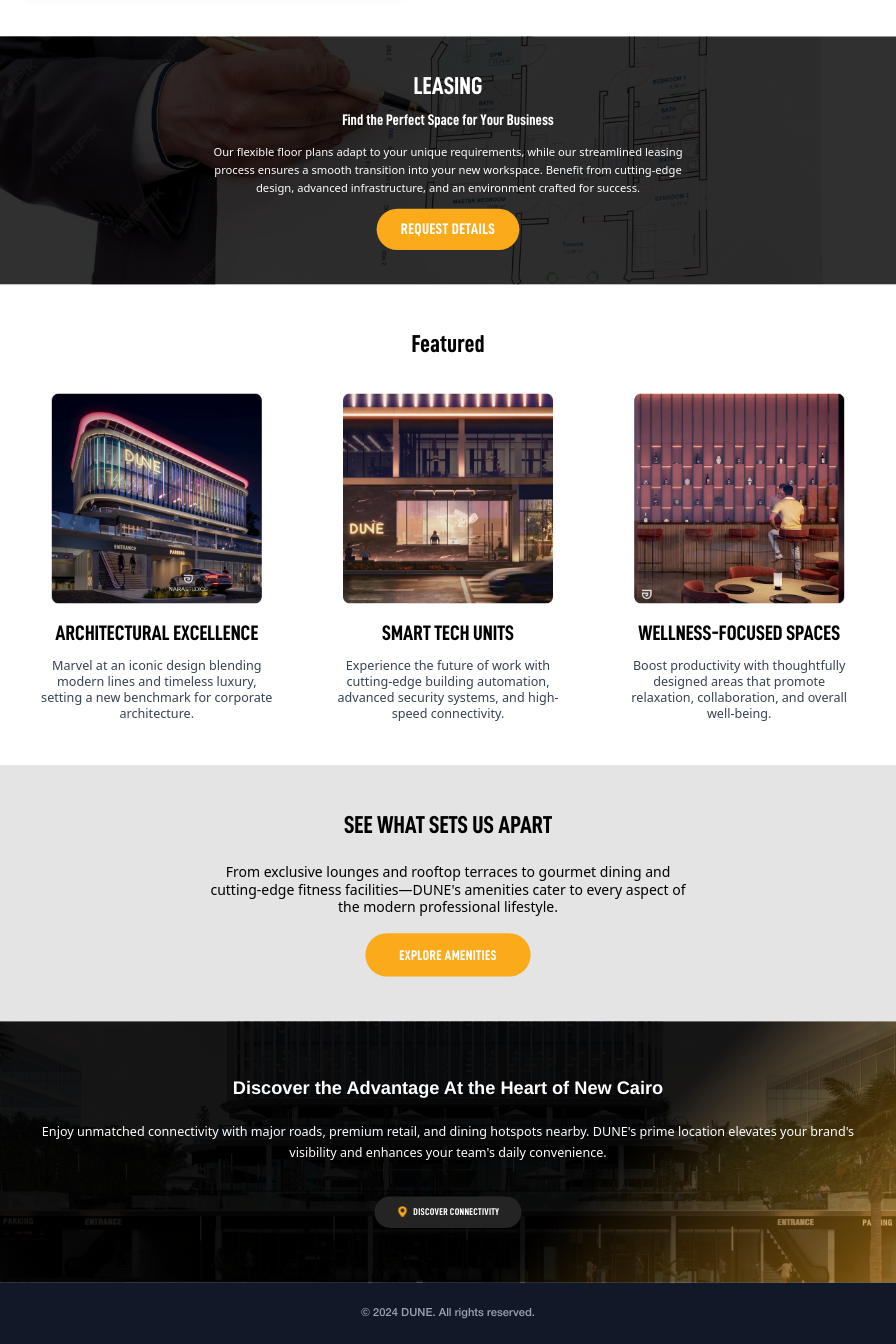
Repository: ahmedassr5765/dune
Page: index.html
These files come from the project's save history. The page is drawn as it stood at one moment and after the next save; the edit follows.
The browser window is 1280 px wide. The pictures show the part of the page from y = 2053 to 3973 px (the page is 3973 px tall), at 70% of full size.
Some web libraries are served in a nearby version.

Above is the page before, as saved 2025-07-12 19:24:09.

### index.html
<!DOCTYPE html>
<html lang="en" dir="ltr">
<head>
    <meta charset="UTF-8">
    <meta name="viewport" content="width=device-width, initial-scale=1.0">
    <title>DUNE</title>

    <!-- Google Fonts -->
    <link rel="preconnect" href="https://fonts.googleapis.com">
    <link rel="preconnect" href="https://fonts.gstatic.com" crossorigin>
    <link href="https://fonts.googleapis.com/css2?family=DM+Serif+Display:ital@0;1&display=swap" rel="stylesheet">

    <!-- Local Fonts -->
    <style>
        @font-face {
            font-family: 'D-DIN Condensed';
            src: url('./Fonts/D-DINCondensed-Bold.otf') format('opentype');
            font-weight: 700;
            font-style: normal;
        }

        @font-face {
            font-family: 'Helvetica Neue';
            src: url('./Fonts/HelveticaNeueMedium.otf') format('opentype');
            font-weight: 400;
            font-style: normal;
        }
    </style>

    <!-- TailwindCSS -->
    <script src="https://cdn.tailwindcss.com"></script>

    <!-- TailwindCSS Configuration -->
    <script>
        tailwind.config = {
            theme: {
                extend: {
                    fontFamily: {
                        'ddin': ['D-DIN Condensed', 'sans-serif'],
                        'helvetica': ['Helvetica Neue', 'sans-serif'],
                        'dm-serif': ['DM Serif Display', 'serif'],
                    }
                }
            }
        }
    </script>

    <!-- Custom Styles -->
    <style>
        /* RTL Support */
        [dir="rtl"] {
            text-align: right;
        }

        [dir="rtl"] .header-container {
            flex-direction: row-reverse;
        }

        [dir="rtl"] .logo {
            order: 3;
            margin-left: 0;
            margin-right: 0;
        }

        [dir="rtl"] .nav-items {
            order: 2;
            flex-direction: row;
            margin-left: 0;
            margin-right: 0;
            flex: 1;
            justify-content: center;
        }

        [dir="rtl"] .lang-toggle {
            order: 1;
            margin-left: 0;
            margin-right: 0;
        }

        [dir="rtl"] .nav-items a {
            margin-left: 0;
            margin-right: 0;
        }

        /* Language Toggle Button */
        .lang-toggle {
            transition: all 0.3s ease;
        }

        .lang-toggle:hover {
            transform: scale(1.05);
        }

        /* Navigation Active State */
        .nav-active {
            color: #f59e0b;
        }

        /* RTL Animation */
        .rtl-transition {
            transition: all 0.5s ease;
        }

        /* Black Top Bar */
        .top-bar {
            background-color: #000000;
            height: 63px;
        }
    </style>
</head>
<body class="font-helvetica bg-gray-50 rtl-transition">
    <!-- Black Top Bar -->
    <div class="top-bar"></div>

    <!-- Header -->
    <header class="max-w-[1440px] mx-auto bg-white shadow-sm">
        <div class="max-w-8xl mx-auto px-4 border-[#E5E5E5] border-2 sm:px-6 lg:px-8">
            <div class="flex justify-between items-center py-6 header-container">
                <div class="flex items-center logo">
                    <a href="#" class="flex items-center">
                        <img src="/images/logo.svg" alt="DUNE" class="h-8 w-auto">
                    </a>
                </div>
                <nav class="hidden md:flex space-x-20 nav-items">
                    <a href="#" class="text-black hover:text-[#FBAA19] px-3 py-2 text-[24px] font-ddin transition-colors duration-200 nav-link" data-en="HOME" data-ar="الرئيسية">HOME</a>
                    <a href="#" class="text-black hover:text-[#FBAA19] px-3 py-2 text-[24px] font-ddin transition-colors duration-200 nav-link" data-en="ABOUT US" data-ar="معلومات عنا">ABOUT US</a>
                    <a href="#" class="text-black hover:text-[#FBAA19] px-3 py-2 text-[24px] font-ddin transition-colors duration-200 nav-link" data-en="LEASING" data-ar="الإيجار">LEASING</a>
                    <a href="#" class="text-black hover:text-[#FBAA19] px-3 py-2 text-[24px] font-ddin transition-colors duration-200 nav-link" data-en="AMENITIES" data-ar="الخدمات">AMENITIES</a>
                    <a href="#" class="text-black hover:text-[#FBAA19] px-3 py-2 text-[24px] font-ddin transition-colors duration-200 nav-link" data-en="CONTACT US" data-ar="اتصل بنا">CONTACT US</a>
                </nav>
                <div class="flex items-center lang-toggle">
                    <button id="languageToggle" class="bg-black text-white px-4 py-2 text-[28px] font-normal font-dm-serif hover:bg-gray-800 transition-colors duration-200 focus:outline-none focus:ring-2 focus:ring-gray-500 focus:ring-offset-2 rounded-[5px]">
                        En
                    </button>
                </div>
            </div>
        </div>
    </header>

    <!-- Hero Section -->
    <section class="max-w-[1440px] mx-auto relative h-[1024px] bg-cover bg-center bg-no-repeat" style="background-image: url('/images/hero.png');">

        <!-- Text Content Container with Overlay -->
        <div class="absolute bottom-0 left-0 right-0 z-10 h-[350px]">
            <!-- Text Background Overlay -->
            <div class="absolute inset-0" style="background-color: #000000A8;"></div>

            <!-- Text Content -->
            <div class="relative z-20 max-w-7xl mx-auto px-4 sm:px-6 lg:px-8 pb-[90px] pt-[55px] h-full flex flex-col justify-end">
                <div class="">
                    <!-- Main Heading -->
                    <h1 class="text-white font-bold font-ddin mb-4 leading-tight hero-title drop-shadow-lg"
                        style="font-size: 26px; max-width: 741px;"
                        data-en="A premier luxury destination for global brands in the heart of New Cairo."
                        data-ar="وجهة فاخرة ومتميزة للعلامات التجارية العالمية في قلب القاهرة الجديدة.">
                        A premier luxury destination for global brands in the heart of New Cairo.
                    </h1>

                    <!-- Subtitle -->
                    <p class="text-white mb-8 leading-relaxed hero-subtitle font-[300px] font-sans text-[22px] w-[1100px]"
                       data-en="Discover a new era of workspace excellence—where innovation, convenience, and exclusivity converge. Step into DUNE to experience a visionary environment designed for today's most ambitious enterprises."
                       data-ar="اكتشف عصرًا جديدًا من التميز في مساحات العمل، حيث تلتقي الابتكارات والراحة والحصرية. تفضل بزيارة DUNE لتجربة بيئة عمل واعدة مصممة خصيصًا للشركات الأكثر طموحًا في عصرنا.">
                        Discover a new era of workspace excellence—where innovation, convenience, and exclusivity converge. Step into DUNE to experience a visionary environment designed for today's most ambitious enterprises.
                    </p>

                    <!-- CTA Button -->
                    <button class="bg-[#FBAA19] hover:bg-[#e09915] text-white py-[17px] px-[43px] rounded-full text-[20px] transition-colors duration-300 uppercase tracking-wide hero-cta font-ddin"
                            data-en="SCHEDULE A TOUR"
                            data-ar="جدولة جولة">
                        SCHEDULE A TOUR
                    </button>
                </div>
            </div>
        </div>

        <!-- Bottom Logo/Branding -->
        <div class="absolute bottom-8 right-8 z-30">
            <div class="text-white text-xs opacity-60 drop-shadow-md">
                <span class="hero-brand font-ddin" data-en="NARA STUDIOS" data-ar="استوديوهات نارا">NARA STUDIOS</span>
            </div>
        </div>

    </section>

    <!-- Welcome to DUNE Section -->
    <section class="max-w-[1440px] mx-auto bg-white py-16">
        <div class="max-w-7xl mx-auto px-4 sm:px-6 lg:px-8">

            <!-- Welcome to DUNE Block -->
            <div class="grid md:grid-cols-2 gap-12 items-center mb-20">
                <!-- Text Content -->
                <div class="space-y-6">
                    <h2 class="text-black font-bold font-ddin text-[35px] leading-tight welcome-title"
                        data-en="WELCOME TO DUNE"
                        data-ar="مرحباً بكم في DUNE">
                        WELCOME TO DUNE
                    </h2>

                    <p class="text-black text-[18px] max-w-[470px] font-normal leading-relaxed font-helvetica welcome-desc"
                       data-en="DUNE redefines modern business environments. Strategically located in New Cairo's thriving hub, we provide state-of-the-art office and retail spaces to empower multinational companies and elevate the standard of luxury and innovation."
                       data-ar="يُعيد &quot;DUNE&quot; تعريف بيئات الأعمال العصرية. بموقعه الاستراتيجي في قلب القاهرة الجديدة النابض بالحياة، نوفر مساحات مكتبية وتجارية متطورة تُمكّن الشركات متعددة الجنسيات من تحقيق نموّ متسارع، وترتقي بمستوى الفخامة والابتكار.">
                        DUNE redefines modern business environments. Strategically located in New Cairo's thriving hub, we provide state-of-the-art office and retail spaces to empower multinational companies and elevate the standard of luxury and innovation.
                    </p>

                    <button class="bg-black hover:bg-gray-800 text-white py-[12px] px-[56px] rounded-full text-[22px] font-bold transition-colors duration-300 uppercase tracking-wide welcome-cta font-ddin"
                            data-en="LEARN MORE"
                            data-ar="اعرف المزيد">
                        LEARN MORE
                    </button>
                </div>

                <!-- Image -->
                <div class="relative">
                    <img src="/images/welcome.png" alt="DUNE Building" class="w-[600px] h-[350px] object-cover rounded-lg shadow-lg">
                </div>
            </div>

            <!-- Prime Office Space Block -->
            <div class="grid md:grid-cols-2 gap-[128px] items-center">
                <!-- Image -->
                <div class="relative order-2 md:order-1">
                    <img src="/images/office.png" alt="Office Interior" class="w-[600px] h-[350px] object-cover rounded-lg shadow-lg">
                </div>

                <!-- Text Content -->
                <div class="space-y-6 order-1 md:order-2">
                    <h2 class="text-black font-bold font-ddin text-[35px] leading-tight office-title"
                        data-en="PRIME OFFICE SPACE FOR LEASE"
                        data-ar="مساحات مكتبية متميزة للإيجار">
                        PRIME OFFICE SPACE FOR LEASE
                    </h2>

                    <p class="text-black text-[18px] max-w-[498px] font-normal leading-relaxed font-helvetica office-desc"
                       data-en="Explore flexible solutions, top-tier amenities, and a vibrant community that fosters growth. Join us and experience the prestige of having your brand shine &quot;In a New Light.&quot;"
                       data-ar="استكشف حلولاً مرنة، ومرافق فاخرة، ومجتمعًا نابضًا بالحياة يُعزز النمو
                       . انضم إلينا واختبر روعة علامتك التجارية التي تتألق &quot;في ضوء جديد&quot;.">
                       Explore flexible solutions, top-tier amenities, and a vibrant community
                       that fosters growth. Join us and experience the prestige
                       of having your brand shine “In a New Light.”
                    </p>

                    <button class="bg-black hover:bg-gray-800 text-white py-[12px] px-[56px] rounded-full text-[22px] font-bold transition-colors duration-300 uppercase tracking-wide office-cta font-ddin"
                            data-en="LEARN MORE"
                            data-ar="اعرف المزيد">
                        LEARN MORE
                    </button>
                </div>
            </div>

        </div>
    </section>

    <!-- Leasing Section -->
    <section class="max-w-[1440px] mx-auto relative h-[354px] bg-cover bg-center bg-no-repeat" style="background-image: url('/images/leasing.png');">

        <!-- Dark Overlay -->
        <div class="absolute inset-0" style="background-color: #000000CF;"></div>

        <!-- Content -->
        <div class="relative z-10 h-full flex flex-col justify-center items-center text-center px-4 sm:px-6 lg:px-8">
            <div class="max-w-4xl mx-auto">
                <!-- Main Heading -->
                <h2 class="text-white font-bold font-ddin text-[35px] mb-[14px] leading-tight leasing-title"
                    data-en="LEASING"
                    data-ar="التأجير">
                    LEASING
                </h2>

                <!-- Subheading -->
                <h3 class="text-white font-bold font-ddin text-[22px] mb-[17px] leading-tight leasing-subtitle"
                    data-en="Find the Perfect Space for Your Business"
                    data-ar="اعثر على المساحة المثالية لعملك">
                    Find the Perfect Space for Your Business
                </h3>

                <!-- Description -->
                <p class="text-white text-[16px] leading-relaxed font-normal font-sans mb-[17px] max-w-[689px] mx-auto leasing-desc"
                   data-en="Our flexible floor plans adapt to your unique requirements, while our streamlined leasing process ensures a smooth transition into your new workspace. Benefit from cutting-edge design, advanced infrastructure, and an environment crafted for success."
                   data-ar="تتكيف مخططات الأرضيات المرنة لدينا مع متطلباتك الفريدة، بينما تضمن عملية التأجير المبسطة لدينا انتقالاً سلساً إلى مساحة العمل الجديدة. استفد من التصميم المتطور والبنية التحتية المتقدمة والبيئة المصممة للنجاح.">
                    Our flexible floor plans adapt to your unique requirements, while our streamlined leasing process ensures a smooth transition into your new workspace. Benefit from cutting-edge design, advanced infrastructure, and an environment crafted for success.
                </p>

                <!-- CTA Button -->
                <button class="bg-[#FBAA19] hover:bg-[#e09915] text-white py-[13px] px-[34px] rounded-full text-[22px] font-bold transition-colors duration-300 uppercase tracking-wide leasing-cta font-ddin"
                        data-en="REQUEST DETAILS"
                        data-ar="طلب التفاصيل">
                    REQUEST DETAILS
                </button>
            </div>
        </div>

    </section>

    <!-- Featured Section -->
    <section class="max-w-[1440px] mx-auto bg-white py-16">
        <div class="max-w-7xl mx-auto px-4 sm:px-6 lg:px-8">

            <!-- Main Heading -->
            <div class="text-center mb-12">
                <h2 class="text-black font-bold font-ddin text-[35px] leading-tight featured-main-title"
                    data-en="Featured"
                    data-ar="مميز">
                    Featured
                </h2>
            </div>

            <!-- Featured Grid -->
            <div class="grid md:grid-cols-3 gap-8">

                <!-- Featured Item 1 -->
                <div class="text-center">
                    <div class="relative overflow-hidden rounded-lg mb-6">
                        <img src="/images/featured.png" alt="Architectural Excellence" class="w-[300px] h-[300px] object-cover mx-auto">
                    </div>
                    <h3 class="text-black font-bold font-ddin text-[30px] mb-4 leading-tight featured-title-1"
                        data-en="ARCHITECTURAL EXCELLENCE"
                        data-ar="التميز المعماري">
                        ARCHITECTURAL EXCELLENCE
                    </h3>
                    <p class="text-gray-700 text-[18px] leading-tight font-sans max-w-[338px] mx-auto featured-desc-1"
                       data-en="Marvel at an iconic design blending modern lines and timeless luxury, setting a new benchmark for corporate architecture."
                       data-ar="استمتع بتصميم أيقوني يمزج بين الخطوط الحديثة والفخامة الخالدة، مما يضع معياراً جديداً للعمارة المؤسسية.">
                        Marvel at an iconic design blending modern lines and timeless luxury, setting a new benchmark for corporate architecture.
                    </p>
                </div>

                <!-- Featured Item 2 -->
                <div class="text-center">
                    <div class="relative overflow-hidden rounded-lg mb-6">
                        <img src="/images/featured-2.png" alt="Smart Tech Units" class="w-[300px] h-[300px] object-cover mx-auto">
                    </div>
                    <h3 class="text-black font-bold font-ddin text-[30px] mb-4 leading-tight featured-title-2"
                        data-en="SMART TECH UNITS"
                        data-ar="وحدات التكنولوجيا الذكية">
                        SMART TECH UNITS
                    </h3>
                    <p class="text-gray-700 text-[18px] leading-tight font-sans max-w-[338px] mx-auto featured-desc-2"
                       data-en="Experience the future of work with cutting-edge building automation, advanced security systems, and high-speed connectivity."
                       data-ar="اختبر مستقبل العمل مع أتمتة المباني المتطورة وأنظمة الأمان المتقدمة والاتصال عالي السرعة.">
                        Experience the future of work with cutting-edge building automation, advanced security systems, and high-speed connectivity.
                    </p>
                </div>

                <!-- Featured Item 3 -->
                <div class="text-center">
                    <div class="relative overflow-hidden rounded-lg mb-6">
                        <img src="/images/featured-3.png" alt="Wellness-Focused Spaces" class="w-[300px] h-[300px] object-cover mx-auto">
                    </div>
                    <h3 class="text-black font-bold font-ddin text-[30px] mb-4 leading-tight featured-title-3"
                        data-en="WELLNESS-FOCUSED SPACES"
                        data-ar="المساحات المركزة على العافية">
                        WELLNESS-FOCUSED SPACES
                    </h3>
                    <p class="text-gray-700 text-[18px] leading-tight font-sans max-w-[338px] mx-auto featured-desc-3"
                       data-en="Boost productivity with thoughtfully designed areas that promote relaxation, collaboration, and overall well-being."
                       data-ar="عزز الإنتاجية مع المناطق المصممة بعناية التي تعزز الاسترخاء والتعاون والرفاهية العامة.">
                        Boost productivity with thoughtfully designed areas that promote relaxation, collaboration, and overall well-being.
                    </p>
                </div>

            </div>

        </div>
    </section>

    <!-- See What Sets Us Apart Section -->
    <section class="max-w-[1440px] mx-auto bg-[#E4E4E4] py-16">
        <div class="max-w-7xl mx-auto px-4 sm:px-6 lg:px-8">

            <!-- Content Container -->
            <div class="text-center">

                <!-- Main Heading -->
                <h2 class="text-black font-bold font-ddin text-[35px] mb-8 leading-tight apart-main-title"
                    data-en="SEE WHAT SETS US APART"
                    data-ar="اكتشف ما يميزنا">
                    SEE WHAT SETS US APART
                </h2>

                <!-- Description -->
                <p class="text-black text-[20px] leading-tight font-sans max-w-[700px] mx-auto mb-[25px] apart-description"
                   data-en="From exclusive lounges and rooftop terraces to gourmet dining and cutting-edge fitness facilities—DUNE's amenities cater to every aspect of the modern professional lifestyle."
                   data-ar="من الصالات الحصرية والمدرجات على الأسطح إلى تناول الطعام الفاخر ومرافق اللياقة البدنية المتطورة - تلبي وسائل الراحة في ديون كل جانب من جوانب نمط الحياة المهنية الحديثة.">
                    From exclusive lounges and rooftop terraces to gourmet dining and cutting-edge fitness facilities—DUNE's amenities cater to every aspect of the modern professional lifestyle.
                </p>

                <!-- CTA Button -->
                <button class="bg-[#FBAA19] hover:bg-[#e09915] text-white py-[16px] px-[48px] rounded-full text-[20px] font-bold transition-colors duration-300 uppercase tracking-wide apart-cta font-ddin"
                        data-en="EXPLORE AMENITIES"
                        data-ar="استكشف المرافق">
                    EXPLORE AMENITIES
                </button>

            </div>

        </div>
    </section>

    <!-- Discover the Advantage Section -->
    <section class="max-w-[1440px] mx-auto relative h-[373px] bg-cover bg-center bg-no-repeat" style="background-image: url('/images/discover.png');">

        <!-- Gradient Overlay -->
        <div class="absolute inset-0" style="background: linear-gradient(135deg, rgba(0,0,0,0.9) 65%, rgba(251,170,25,0.5) 100%);"></div>

        <!-- Content -->
        <div class="relative z-10 h-full flex flex-col justify-center items-center text-center px-4 sm:px-6 lg:px-8">
            <div class="max-w-[1301px] mx-auto">

                <!-- Main Heading -->
                <h2 class="text-white font-bold font-helvetica text-[26px] mb-8 leading-tight discover-main-title"
                    data-en="Discover the Advantage At the Heart of New Cairo"
                    data-ar="اكتشف الميزة في قلب القاهرة الجديدة">
                    Discover the Advantage At the Heart of New Cairo
                </h2>

                <!-- Description -->
                <p class="text-white text-[18px] leading-relaxed font-sans max-w-[1301px] mx-auto mb-12 discover-description"
                   data-en="Enjoy unmatched connectivity with major roads, premium retail, and dining hotspots nearby. DUNE's prime location elevates your brand's visibility and enhances your team's daily convenience."
                   data-ar="استمتع بالاتصال المتميز مع الطرق الرئيسية والتجارة المتميزة ونقاط تناول الطعام القريبة. يرفع موقع ديون المتميز من ظهور علامتك التجارية ويعزز الراحة اليومية لفريقك.">
                    Enjoy unmatched connectivity with major roads, premium retail, and dining hotspots nearby. DUNE's prime location elevates your brand's visibility and enhances your team's daily convenience.
                </p>

                <!-- CTA Button with Icon -->
                <button class="bg-[#242424] hover:bg-gray-800 text-white py-[12px] px-[32px] rounded-full text-[14px] font-bold transition-colors duration-300 uppercase tracking-wide discover-cta font-ddin inline-flex items-center gap-2"
                        data-en="DISCOVER CONNECTIVITY"
                        data-ar="اكتشف الاتصال">
                    <!-- Location Icon -->
                    <img src="/images/pin.svg" alt="Location Pin" class="w-4 h-4">
                    <span class="discover-cta-text">DISCOVER CONNECTIVITY</span>
                </button>

            </div>
        </div>

    </section>

    <!-- Footer -->
    <footer class="bg-gray-900 text-white">
        <div class="max-w-7xl mx-auto px-4 sm:px-6 lg:px-8 py-8">
            <div class="text-center">
                <p class="text-gray-400 footer-text" data-en="&copy; 2024 DUNE. All rights reserved." data-ar="&copy; 2024 ديون. جميع الحقوق محفوظة.">&copy; 2024 DUNE. All rights reserved.</p>
            </div>
        </div>
    </footer>

    <!-- External JavaScript -->
    <script src="index.js"></script>
</body>
</html>

Loaded but not shown: index.js (204 lines, source omitted)

After the next save:
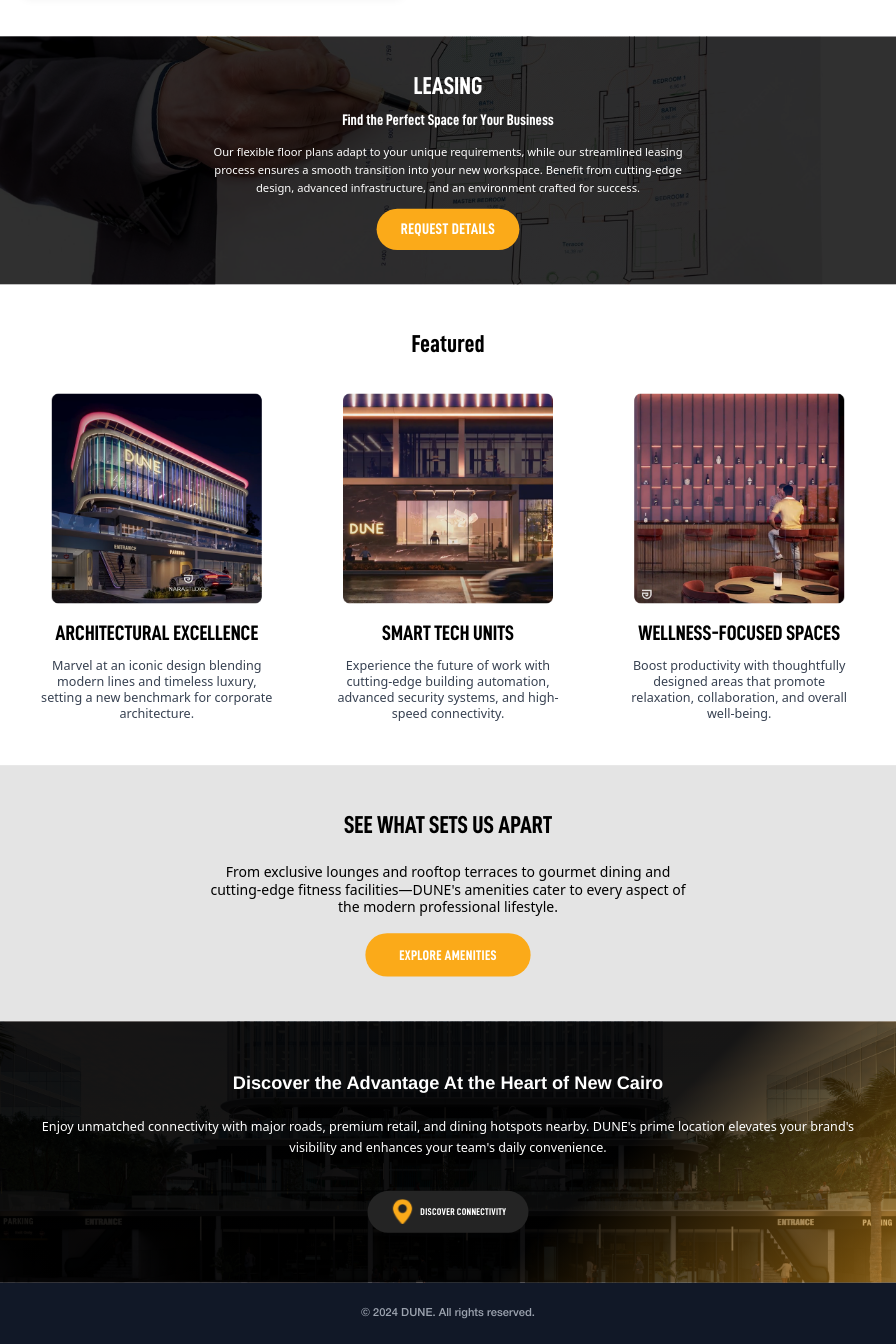
Saved 23 s later.
--- a/index.html
+++ b/index.html
@@ -425,7 +425,7 @@
                         data-en="DISCOVER CONNECTIVITY"
                         data-ar="اكتشف الاتصال">
                     <!-- Location Icon -->
-                    <img src="/images/pin.svg" alt="Location Pin" class="w-4 h-4">
+                    <img src="/images/pin.svg" alt="Location Pin" class="w-9 h-9">
                     <span class="discover-cta-text">DISCOVER CONNECTIVITY</span>
                 </button>
 
